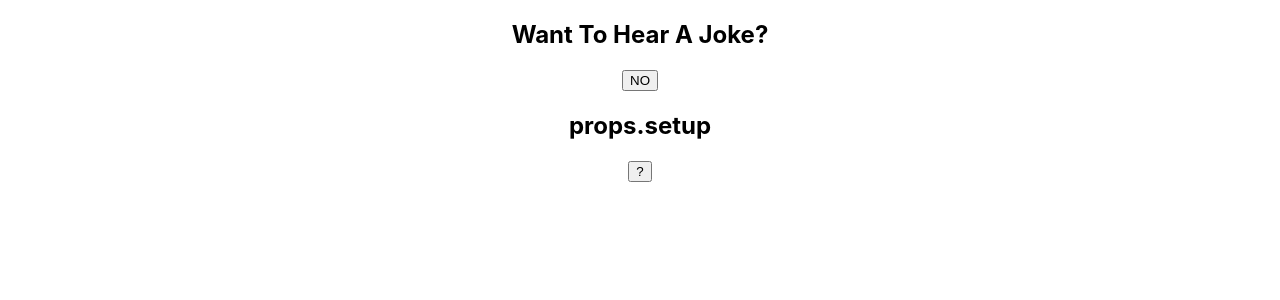
Repository: Kobramall/web-module-project-async-redux
Page: /, after clicking the first element matching `button`
These files come from the project's save history. The page is drawn as it stood at one moment and after the next save; the edit follows.
The browser window is 1280 px wide. The pictures show the whole page.
The project was rebuilt for these pictures with package versions that can differ from the ones it lists, and the page was loaded fresh each time.

Above is the page before, as saved 2022-09-19 14:55:34.

After the next save:
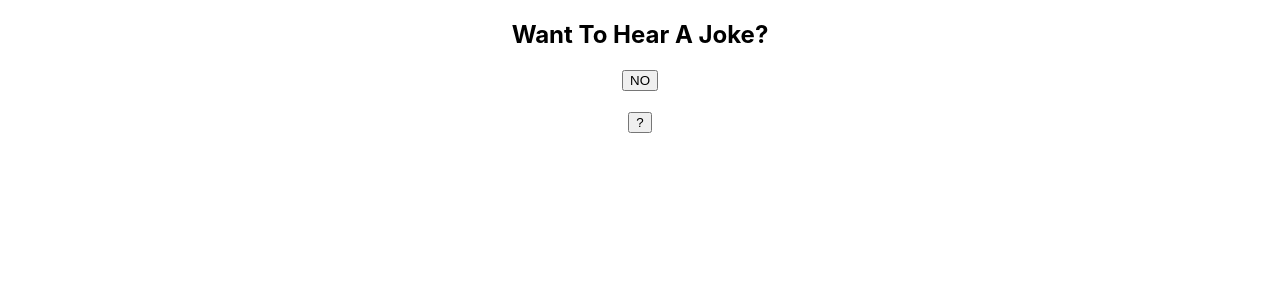
Saved 23 s later.
--- a/src/App.js
+++ b/src/App.js
@@ -13,11 +13,11 @@
                 <button onClick={() => props.showS()}>{props.showSetup ? "NO" : "YES"}</button>
         </div>
         {props.showSetup ? <div className='setup'>
-            <h2>props.setup</h2>
+            <h2>{props.setup}</h2>
             <button onClick={() => props.showPL()}>{props.showPunchline ? "Haha" : "?"}</button>
         </div> : <div></div> }
         {props.showPunchline ? <div className='punchline'>
-          <h2>props.punchline</h2>
+          <h2>{props.punchline}</h2>
         </div> : <div></div>}
     </div>
   );
